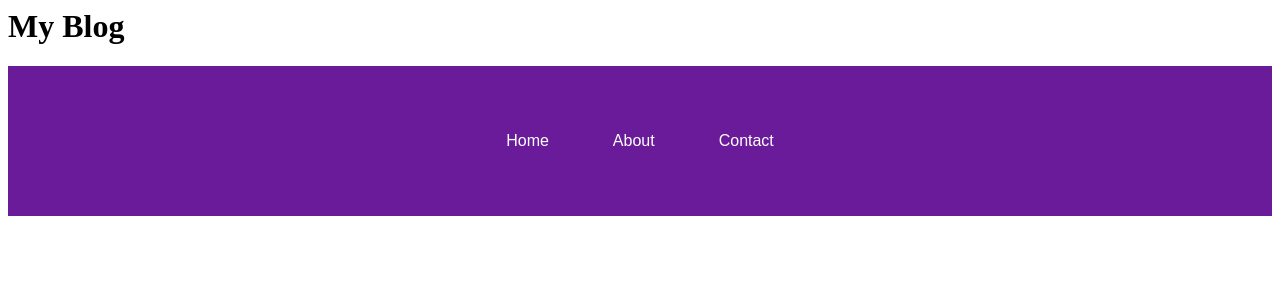
Repository: Femi007-gh/BLOG
Page: index.html
These files come from the project's save history. The page is drawn as it stood at one moment and after the next save; the edit follows.
The browser window is 1280 px wide. The pictures show the whole page.

Above is the page before, as saved 2025-01-08 07:23:17.

After the next save:
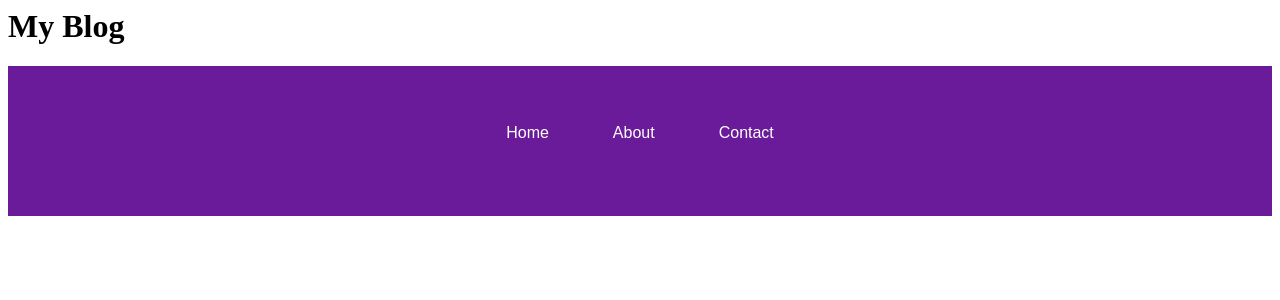
Saved 23 s later.
--- a/style.css
+++ b/style.css
@@ -9,7 +9,7 @@
 
     ul {
       list-style: none;
-      margin: 0;
+      margin-top: 0;
       padding: 0;
       display: flex;
       justify-content: center;

After the save that followed:
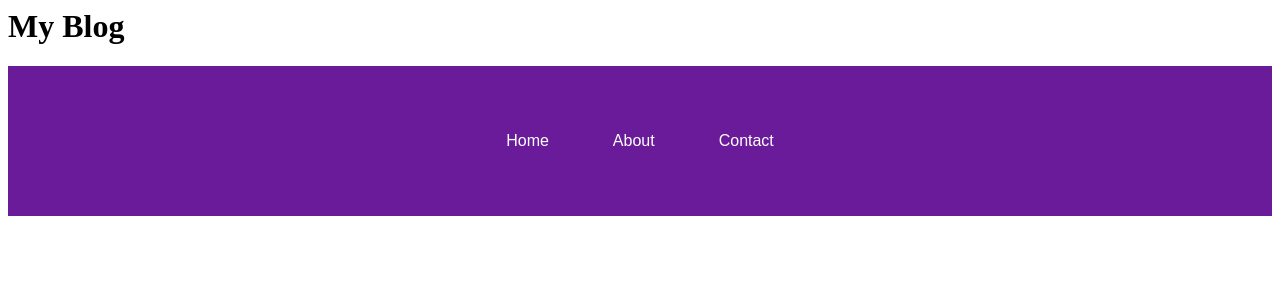
Saved 6 s later.
--- a/style.css
+++ b/style.css
@@ -9,7 +9,7 @@
 
     ul {
       list-style: none;
-      margin-top: 0;
+      margin-top: 1rem;
       padding: 0;
       display: flex;
       justify-content: center;
